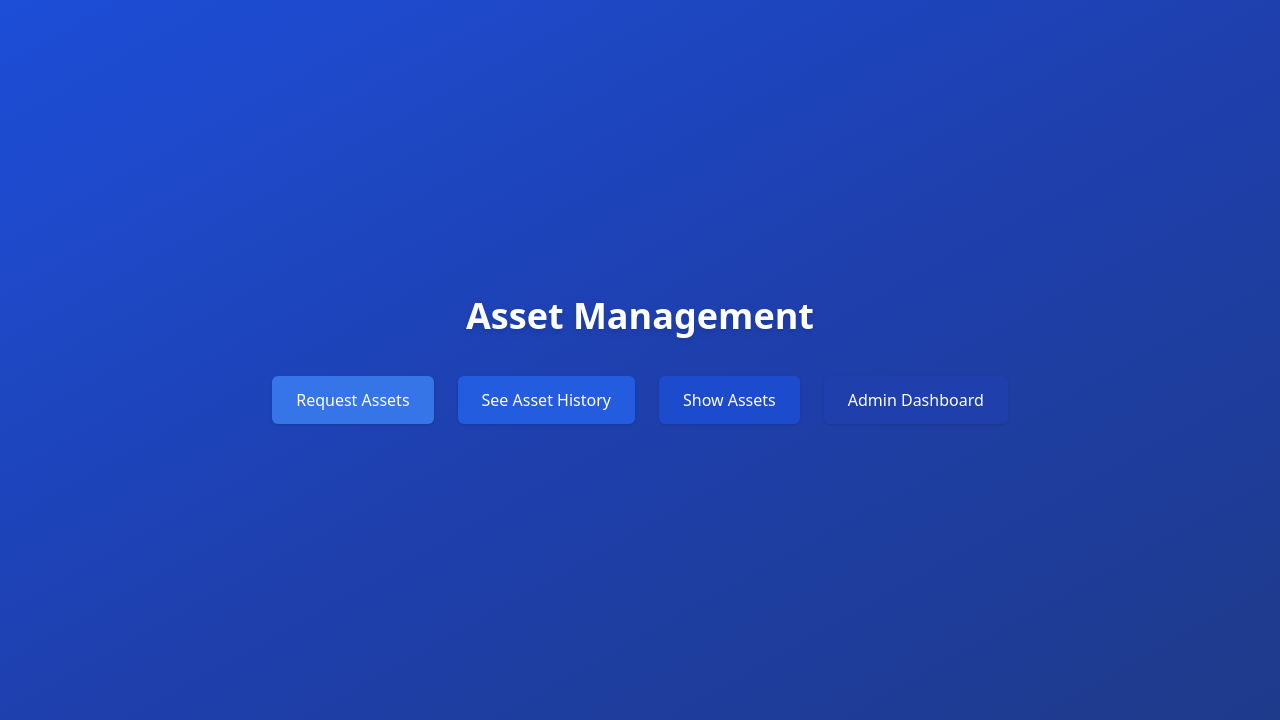
Repository: NirmalyaSatapathy/NirmalyaSatapathyProjects
Page: http://localhost/AssetManagement/EmployDashBoard.jsp
The author's editor kept a copy of each file at every save. The page is drawn from the files as they stood at one save, then again after the next save.
The browser window is 1280 px wide. The pictures show the whole page.
Some web libraries are served in a nearby version. The page is served by Tomcat 9. Other server files are loaded and not shown.

Above is the page before, as saved 2025-06-03 17:13:13.

### AssetManagement/AssetManagement/src/main/webapp/EmployDashBoard.jsp
<%@ page language="java" contentType="text/html; charset=UTF-8"
    pageEncoding="UTF-8"%>
<!DOCTYPE html>
<html>
<head>
<meta charset="UTF-8">
<title>Asset Management Navigation</title>

<!-- Tailwind CSS CDN -->
<script src="https://cdn.tailwindcss.com"></script>

</head>
<body class="bg-gradient-to-br from-blue-700 via-blue-800 to-blue-900 text-white min-h-screen flex flex-col items-center justify-center">

    <h1 class="text-4xl font-bold mb-10 drop-shadow-md">Asset Management</h1>

    <div class="flex flex-wrap gap-6">
        <a href="RequestAsset.jsf"
           class="px-6 py-3 bg-blue-500/80 text-white font-medium rounded-md shadow hover:bg-blue-400/80 transition">
           Request Assets
        </a>

        <a href="ShowAssetHistory.jsf"
           class="px-6 py-3 bg-blue-600/80 text-white font-medium rounded-md shadow hover:bg-blue-500/80 transition">
           See Asset History
        </a>

        <a href="ShowAssets.jsf"
           class="px-6 py-3 bg-blue-700/80 text-white font-medium rounded-md shadow hover:bg-blue-600/80 transition">
           Show Assets
        </a>

        <a href="AminLogin.jsf"
           class="px-6 py-3 bg-blue-800/80 text-white font-medium rounded-md shadow hover:bg-blue-700/80 transition">
           Admin Dashboard
        </a>
    </div>

</body>
</html>

After the next save:
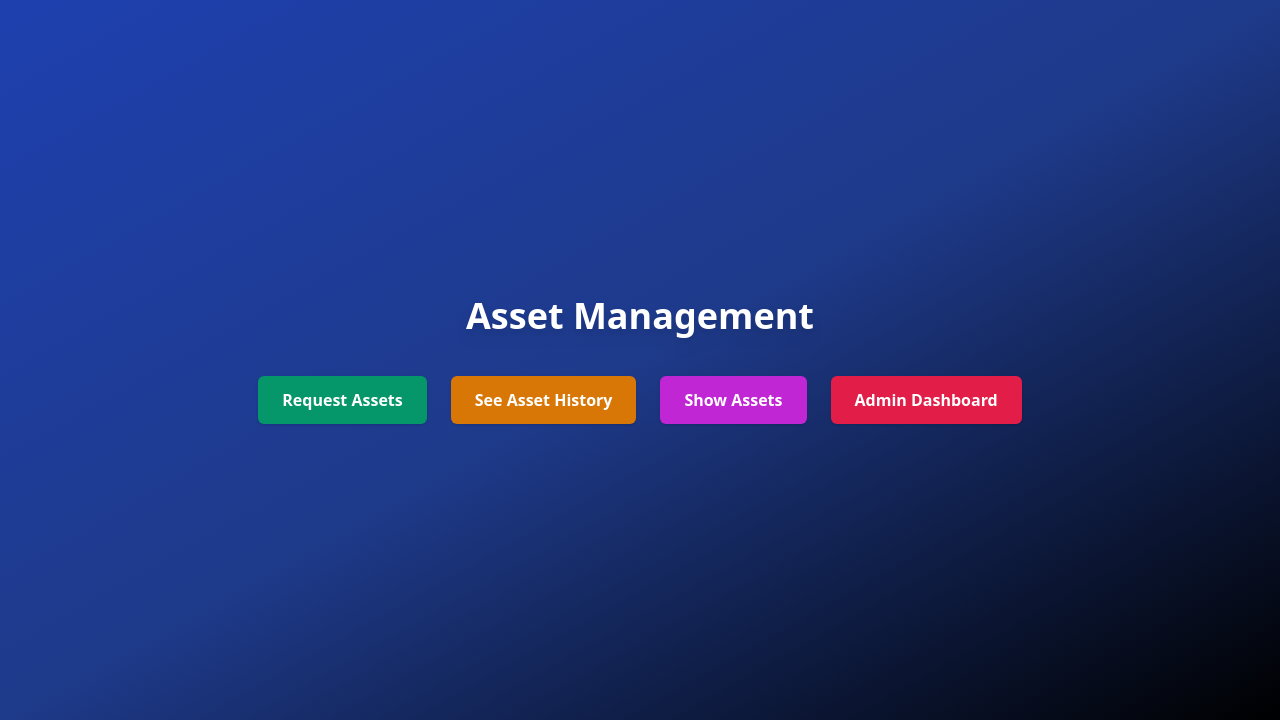
Saved 2 min 0 s later.
--- a/AssetManagement/AssetManagement/src/main/webapp/EmployDashBoard.jsp
+++ b/AssetManagement/AssetManagement/src/main/webapp/EmployDashBoard.jsp
@@ -8,30 +8,29 @@
 
 <!-- Tailwind CSS CDN -->
 <script src="https://cdn.tailwindcss.com"></script>
+</head>
+<body class="bg-gradient-to-br from-blue-800 via-blue-900 to-black text-white min-h-screen flex flex-col items-center justify-center">
 
-</head>
-<body class="bg-gradient-to-br from-blue-700 via-blue-800 to-blue-900 text-white min-h-screen flex flex-col items-center justify-center">
-
-    <h1 class="text-4xl font-bold mb-10 drop-shadow-md">Asset Management</h1>
+    <h1 class="text-4xl font-bold mb-10 drop-shadow-lg">Asset Management</h1>
 
     <div class="flex flex-wrap gap-6">
         <a href="RequestAsset.jsf"
-           class="px-6 py-3 bg-blue-500/80 text-white font-medium rounded-md shadow hover:bg-blue-400/80 transition">
+           class="px-6 py-3 bg-emerald-600 text-white font-semibold rounded-md shadow hover:bg-emerald-700 transition">
            Request Assets
         </a>
 
         <a href="ShowAssetHistory.jsf"
-           class="px-6 py-3 bg-blue-600/80 text-white font-medium rounded-md shadow hover:bg-blue-500/80 transition">
+           class="px-6 py-3 bg-amber-600 text-white font-semibold rounded-md shadow hover:bg-amber-700 transition">
            See Asset History
         </a>
 
         <a href="ShowAssets.jsf"
-           class="px-6 py-3 bg-blue-700/80 text-white font-medium rounded-md shadow hover:bg-blue-600/80 transition">
+           class="px-6 py-3 bg-fuchsia-600 text-white font-semibold rounded-md shadow hover:bg-fuchsia-700 transition">
            Show Assets
         </a>
 
-        <a href="AminLogin.jsf"
-           class="px-6 py-3 bg-blue-800/80 text-white font-medium rounded-md shadow hover:bg-blue-700/80 transition">
+        <a href="AdminLogin.jsf"
+           class="px-6 py-3 bg-rose-600 text-white font-semibold rounded-md shadow hover:bg-rose-700 transition">
            Admin Dashboard
         </a>
     </div>
